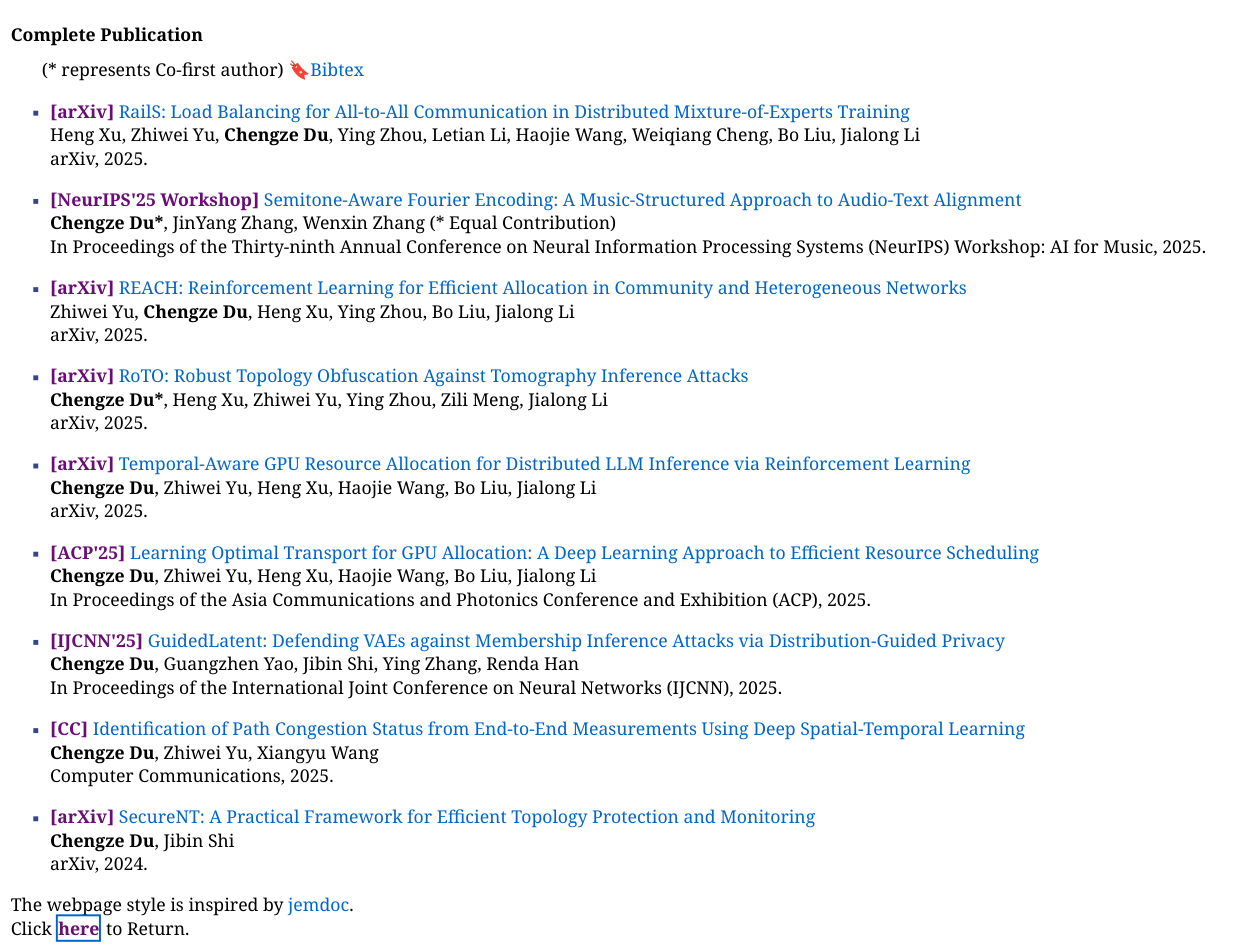
Repository: Monickar/Monickar.github.io
Page: FullPaperList.html
These files come from the project's save history. The page is drawn as it stood at one moment and after a run of saves; the edit follows.
The browser window is 1280 px wide. The pictures show the whole page, at 98% of full size.

Above is the page before, as saved 2025-10-26 17:44:51.

### FullPaperList.html

<!DOCTYPE html PUBLIC "-//W3C//DTD XHTML 1.1//EN"
  "http://www.w3.org/TR/xhtml11/DTD/xhtml11.dtd">
<html xmlns="http://www.w3.org/1999/xhtml" xml:lang="en">
<head>
<meta http-equiv="Content-Type" content="text/html;charset=utf-8" />
<meta name="viewport" content="width=device-width,initial-scale=1.0,maximum-scale=1.0,minimum-scale=1.0,user-scalable=no">
<title>Publications</title>
<style>
  * {
    font-family: Cambria, Georgia, serif;
    font-size: 18px;
  }
  a {
      color: #0066cc; /* 设置链接颜色为蓝色 */
      text-decoration: none; /* 移除下划线 */
      font-weight: 550;
  }

  a:visited {
      color: #0066cc; /* 已访问链接保持相同颜色 */
  }

  a:hover {
      color: #004499; /* 悬停时颜色变深 */
      text-decoration: underline; /* 悬停时显示下划线 */
  }

  a:active {
      color: #0066cc; /* 点击时保持相同颜色 */
  }

  a.text-with-border {
    border: 2px solid;
    font-weight: bold;
  }

  span {
    color:rgb(106, 14, 117);
    font-weight: bold;
  }
  highlight {
    color:rgb(255, 0, 0);
  }

  ul{
    list-style: square;
  }

  ul li::marker{
    color: rgb(52, 71, 133);
    font-size: 15px;
  }
</style>
</head>
<body>
<table summary="Table for page layout." id="tlayout">


<td id="layout-content">
<div id="toptitle">
<h1>Complete Publication</h1>
</div>
&ensp;&ensp;&ensp; (* represents Co-first author) <a href="./Bibtex/List.txt" style="font-size: 1.em;">🔖Bibtex</a>
<ul>

<li><p><span>[arXiv] </span><a href="https://arxiv.org/abs/2510.19262">RailS: Load Balancing for All-to-All Communication in Distributed Mixture-of-Experts Training</a><br>
Heng Xu, Zhiwei Yu, <strong>Chengze Du</strong>, Ying Zhou, Letian Li, Haojie Wang, Weiqiang Cheng, Bo Liu, Jialong Li<br>
arXiv, 2025.</p></li>


<li><p><span>[NeurIPS'25 Workshop] </span><a href=""> Semitone-Aware Fourier Encoding: A Music-Structured Approach to Audio-Text Alignment</a><br>
<strong>Chengze Du*</strong>, JinYang Zhang, Wenxin Zhang <span></span> (* Equal Contribution)  <br>
In Proceedings of the Thirty-ninth Annual Conference on Neural Information Processing Systems (NeurIPS) Workshop: AI for Music, 2025.
<br>
</p></li>

<li><p><span>[arXiv] </span><a href="https://arxiv.org/abs/2508.12857">REACH: Reinforcement Learning for Efficient Allocation in Community and Heterogeneous Networks</a><br>
Zhiwei Yu, <strong>Chengze Du</strong>, Heng Xu, Ying Zhou, Bo Liu, Jialong Li<br>
arXiv, 2025.</p></li>


<li><p><span>[arXiv] </span><a href="https://arxiv.org/abs/2508.12852">RoTO: Robust Topology Obfuscation Against Tomography Inference Attacks</a><br>
<strong>Chengze Du*</strong>, Heng Xu, Zhiwei Yu, Ying Zhou, Zili Meng, Jialong Li <br>
arXiv, 2025.</p></li>


<li><p><span>[arXiv] </span><a href="https://arxiv.org/abs/2507.10259">Temporal-Aware GPU Resource Allocation for Distributed LLM Inference via Reinforcement Learning</a><br>
<strong>Chengze Du</strong>, Zhiwei Yu, Heng Xu, Haojie Wang, Bo Liu, Jialong Li <br>
arXiv, 2025.</p></li>


<li><p><span>[ACP'25] </span><a href="">Learning Optimal Transport for GPU Allocation: A Deep Learning Approach to Efficient Resource Scheduling</a><br>
<strong>Chengze Du</strong>, Zhiwei Yu, Heng Xu, Haojie Wang, Bo Liu, Jialong Li<br>
In Proceedings of the Asia Communications and Photonics Conference and Exhibition (ACP), 2025.
<br>
</p></li>


<li><p><span>[IJCNN'25] </span><a href=""> GuidedLatent: Defending VAEs against Membership Inference Attacks via Distribution-Guided Privacy</a><br>
<strong>Chengze Du</strong>, Guangzhen Yao, Jibin Shi, Ying Zhang, Renda Han<br>
In Proceedings of the International Joint Conference on Neural Networks (IJCNN), 2025.
<br>
</p></li>


<li><p><span>[CC] </span><a href="https://www.sciencedirect.com/science/article/pii/S0140366425001513">	Identification of Path Congestion Status from End-to-End Measurements Using Deep Spatial-Temporal Learning</a><br>
<strong>Chengze Du</strong>, Zhiwei Yu, Xiangyu Wang<br>
Computer Communications, 2025. </p></li>


<li><p><span>[arXiv] </span><a href="https://arxiv.org/abs/2412.08177v1">SecureNT: A Practical Framework for Efficient Topology Protection and Monitoring</a><br>
<strong>Chengze Du</strong>, Jibin Shi <br>
arXiv, 2024.</p></li>


</ul>
<div id="footer">
<div id="footer-text" float="right">
The webpage style is inspired by <a href="http://jemdoc.jaboc.net/">jemdoc</a>. <br>
Click <a href="index.html" class="text-with-border"><span >here</span></a> to Return.
</div>
</div>

</td>
</table>
</body>
</html>

<!--
    <tr>
      <td style="padding:16px;width:20%;vertical-align:top">
        <div class="one">
          <img src="images/SecureNT-2.png" class="bottom" alt="SecureNT alternate" width="180" height="100">
          <img src="images/SecureNT.png" class="top" alt="SecureNT" style="width:180px; height:100px;">
        </div>
      </td>
      <td style="padding:8px;width:80%;vertical-align:top">
        <a href="https://link.springer.com/chapter/10.1007/978-981-96-9914-8_9">
			<span class="papertitle">SecureNT: Smart Topology Obfuscation for Privacy-Aware Network Monitoring
        </a>
        <br>
				<strong>Chengze Du</strong>,
                Jibin Shi,
                Hui Xu,
                Guangzhen Yao
        <br>
        <em>  International Conference on Intelligent Computing &nbsp <strong>(ICIC 2025)</strong> </em>
        <br>
        <a href="https://gitee.com/Monickar/secure-nt" style="font-size: 0.8em;">[📁Code]</a>
        <a href="./files/ICIC_2025.pdf" style="font-size: 0.8em;">[📜Paper]</a>
        <a href="https://arxiv.org/abs/2412.08177" style="font-size: 0.8em;">[😀arXiv]</a>  &nbsp <font color="#FF646D"> <strong>Oral</strong></font>

      </td>
    </tr>
    /Corresponding

-->

After the next 3 saves:
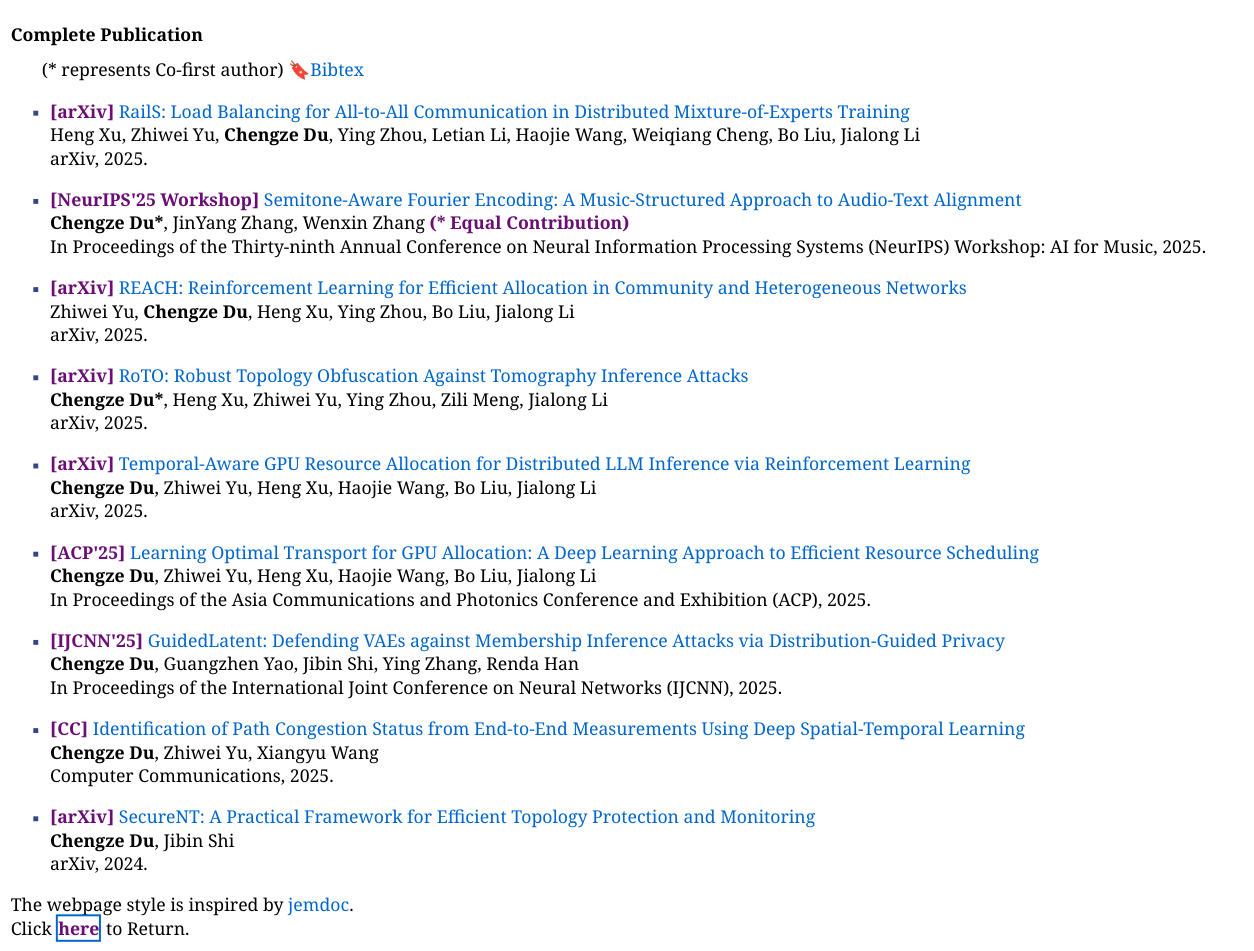
The 3 saves are shown as one change because they came seconds apart.
The last was saved 9 s later.
--- a/FullPaperList.html
+++ b/FullPaperList.html
@@ -70,7 +70,7 @@
 
 
 <li><p><span>[NeurIPS'25 Workshop] </span><a href=""> Semitone-Aware Fourier Encoding: A Music-Structured Approach to Audio-Text Alignment</a><br>
-<strong>Chengze Du*</strong>, JinYang Zhang, Wenxin Zhang <span></span> (* Equal Contribution)  <br>
+<strong>Chengze Du*</strong>, JinYang Zhang, Wenxin Zhang <span >(* Equal Contribution) </span>  <br>
 In Proceedings of the Thirty-ninth Annual Conference on Neural Information Processing Systems (NeurIPS) Workshop: AI for Music, 2025.
 <br>
 </p></li>
